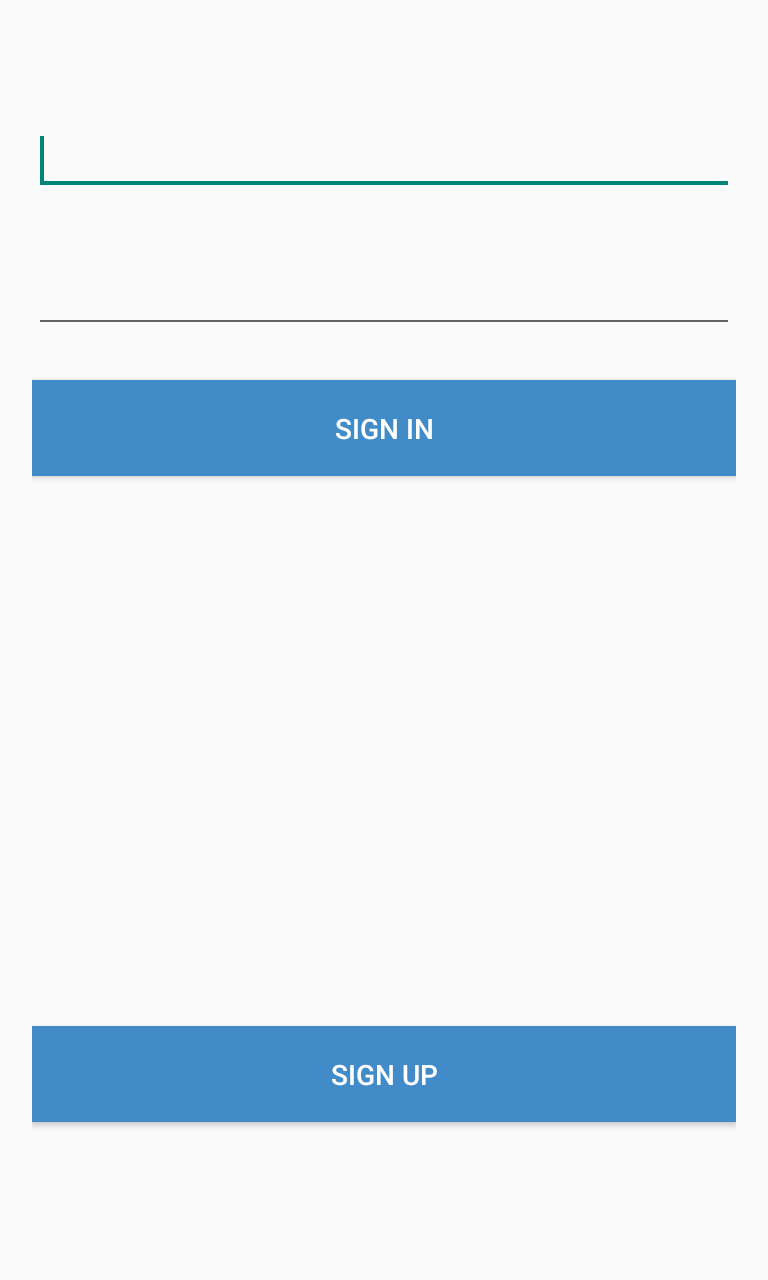
Repository: uditha2233/Anything
Layout: Local Android/AnyThing/AnyThing/res/layout/fragment_login.xml
These files come from the project's save history. The layout is drawn as it stood at one moment and after the next save; the edit follows.
It is drawn on a 768 x 1280 px phone screen (xhdpi) without system bars, with theme AppTheme; the app's code is not run.

Above is the layout before, as saved 2014-05-29 03:46:16.

### Local Android/AnyThing/AnyThing/res/layout/fragment_login.xml
<RelativeLayout xmlns:android="http://schemas.android.com/apk/res/android"
    xmlns:tools="http://schemas.android.com/tools"
    android:layout_width="match_parent"
    android:layout_height="match_parent"
    android:paddingBottom="@dimen/activity_vertical_margin"
    android:paddingLeft="@dimen/activity_horizontal_margin"
    android:paddingRight="@dimen/activity_horizontal_margin"
    android:paddingTop="@dimen/activity_vertical_margin"
    tools:context="com.example.anything.LoginActivity$PlaceholderFragment" >

    <EditText
        android:id="@+id/userName"
        android:layout_width="wrap_content"
        android:layout_height="wrap_content"
        android:layout_alignParentLeft="true"
        android:layout_alignParentRight="true"
        android:layout_alignParentTop="true"
        android:layout_marginTop="42dp"
        android:ems="10"
        android:inputType="textPersonName" >

        <requestFocus />
    </EditText>

    <EditText
        android:id="@+id/passWord"
        android:layout_width="wrap_content"
        android:layout_height="wrap_content"
        android:layout_alignLeft="@+id/userName"
        android:layout_alignRight="@+id/userName"
        android:layout_below="@+id/userName"
        android:layout_marginTop="28dp"
        android:ems="10"
        android:inputType="textPassword" />

    <Button
        android:id="@+id/loginBtn"
        android:layout_width="wrap_content"
        android:layout_height="wrap_content"
        android:layout_alignParentLeft="true"
        android:layout_alignRight="@+id/passWord"
        android:layout_below="@+id/passWord"
        android:layout_marginTop="21dp"
        android:background="#418Bc8"
        android:onClick="login"
        android:text="@string/signin"
        android:textColor="@android:color/white" />

    <Button
        android:id="@+id/regBtn"
        android:layout_width="wrap_content"
        android:layout_height="wrap_content"
        android:layout_alignLeft="@+id/loginBtn"
        android:layout_alignParentBottom="true"
        android:layout_alignRight="@+id/loginBtn"
        android:layout_marginBottom="63dp"
        android:background="#418Bc8"
        android:onClick="register"
        android:text="@string/signup"
        android:textColor="@android:color/white" />

</RelativeLayout>

### Local Android/AnyThing/AnyThing/res/values/strings.xml
<?xml version="1.0" encoding="utf-8"?>
<resources>

    <string name="app_name">AnyThing</string>
    <string name="hello_world">Hello world!</string>
    <string name="action_settings">Settings</string>
    <string name="signin">Sign in</string>
    <string name="signup">Sign up</string>
    <string name="logout">Log Out</string>
    <string name="addnewad">Add New AD</string>
    <string name="account">My Account</string>
    <string name="title_activity_main_page">MainPageActivity</string>
    <string name="title_section1">Home</string>
    <string name="title_section2">Cell Phones &amp; Accessories</string>
    <string name="title_section3">Computers &amp; Tablet PCs</string>
    <string name="title_section4">Consumer Electronics</string>
    <string name="title_section5">Vehicles &amp; Parts</string>
    <string name="title_section6">Services</string>
    <string name="title_section7">Other</string>
    <string name="title_section8">Read</string>
    <string name="title_section9">Unread</string>
    <string name="title_section10">Sent</string>
    <string name="navigation_drawer_open">Open navigation drawer</string>
    <string name="navigation_drawer_close">Close navigation drawer</string>
    <string name="action_example">Example action</string>
    <string name="title_activity_signup">SignupActivity</string>
    <string name="txtUname">User Name</string>
    <string name="txtEmail">E-Mail</string>
    <string name="txtfullname">Full Name</string>
    <string name="txtPhoneno">Phone No</string>
    <string name="txtPassWord">Password</string>
    <string name="txtrePassWord">Re-Password</string>
    <string name="title_activity_item_view">ItemViewActivity</string>
    <string name="title_activity_messages">Messages</string>
    <string name="title_activity_message_view">MessageViewActivity</string>
    <string name="title_activity_item_add">ItemAddActivity</string>
    <string name="title_activity_adavanced_reg">AdavancedRegActivity</string>
    <string name="title_activity_search">SearchActivity</string>
    <string name="title_activity_profile_view">ProfileViewActivity</string>

</resources>

Loaded but not shown: Local Android/AnyThing/AnyThing/res/values/styles.xml (common file); Local Android/AnyThing/AnyThing/res/values-v11/styles.xml (common file); Local Android/AnyThing/AnyThing/res/values-v14/styles.xml (common file); Local Android/AnyThing/AnyThing/res/values/dimens.xml (common file); Local Android/AnyThing/AnyThing/res/values-w820dp/dimens.xml (common file)

After the next save:
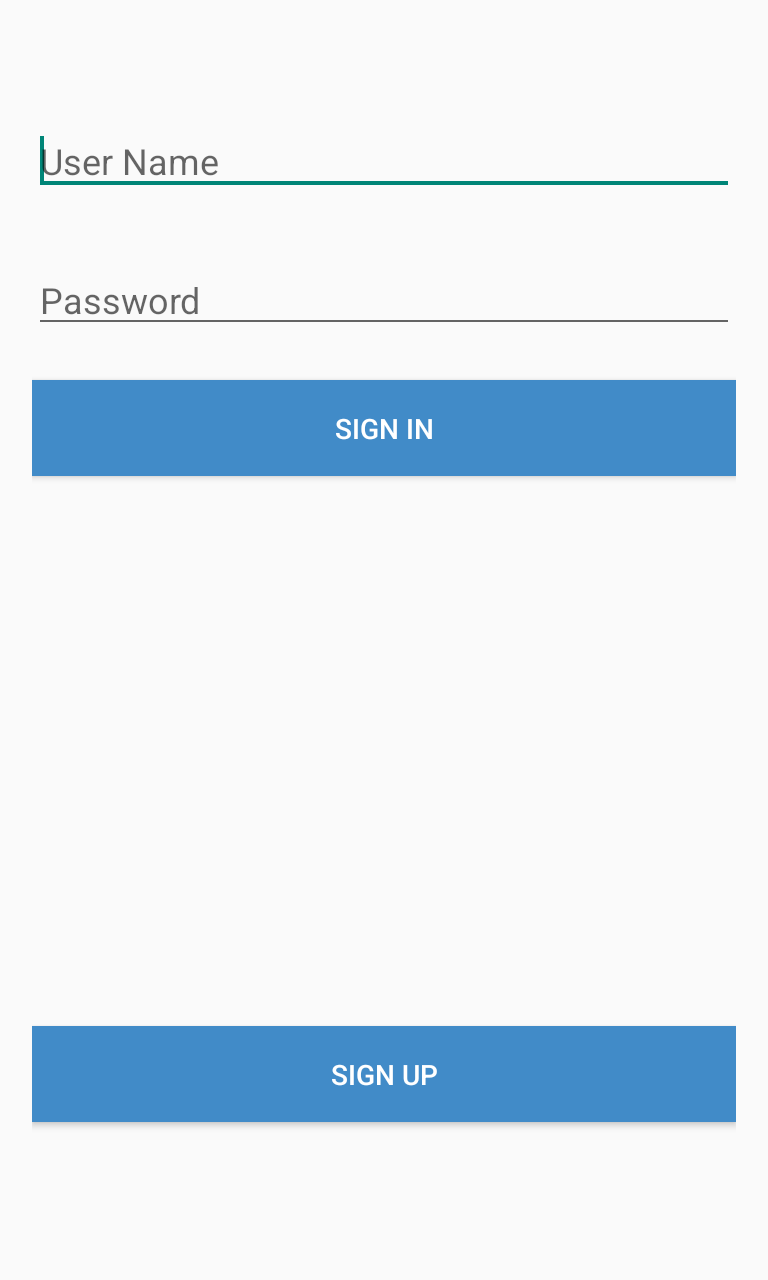
Saved 68 s later.
--- a/Local Android/AnyThing/AnyThing/res/layout/fragment_login.xml
+++ b/Local Android/AnyThing/AnyThing/res/layout/fragment_login.xml
@@ -17,6 +17,7 @@
         android:layout_alignParentTop="true"
         android:layout_marginTop="42dp"
         android:ems="10"
+        android:hint="@string/txtUname"
         android:inputType="textPersonName" >
 
         <requestFocus />
@@ -31,6 +32,7 @@
         android:layout_below="@+id/userName"
         android:layout_marginTop="28dp"
         android:ems="10"
+        android:hint="@string/txtPassWord"
         android:inputType="textPassword" />
 
     <Button
